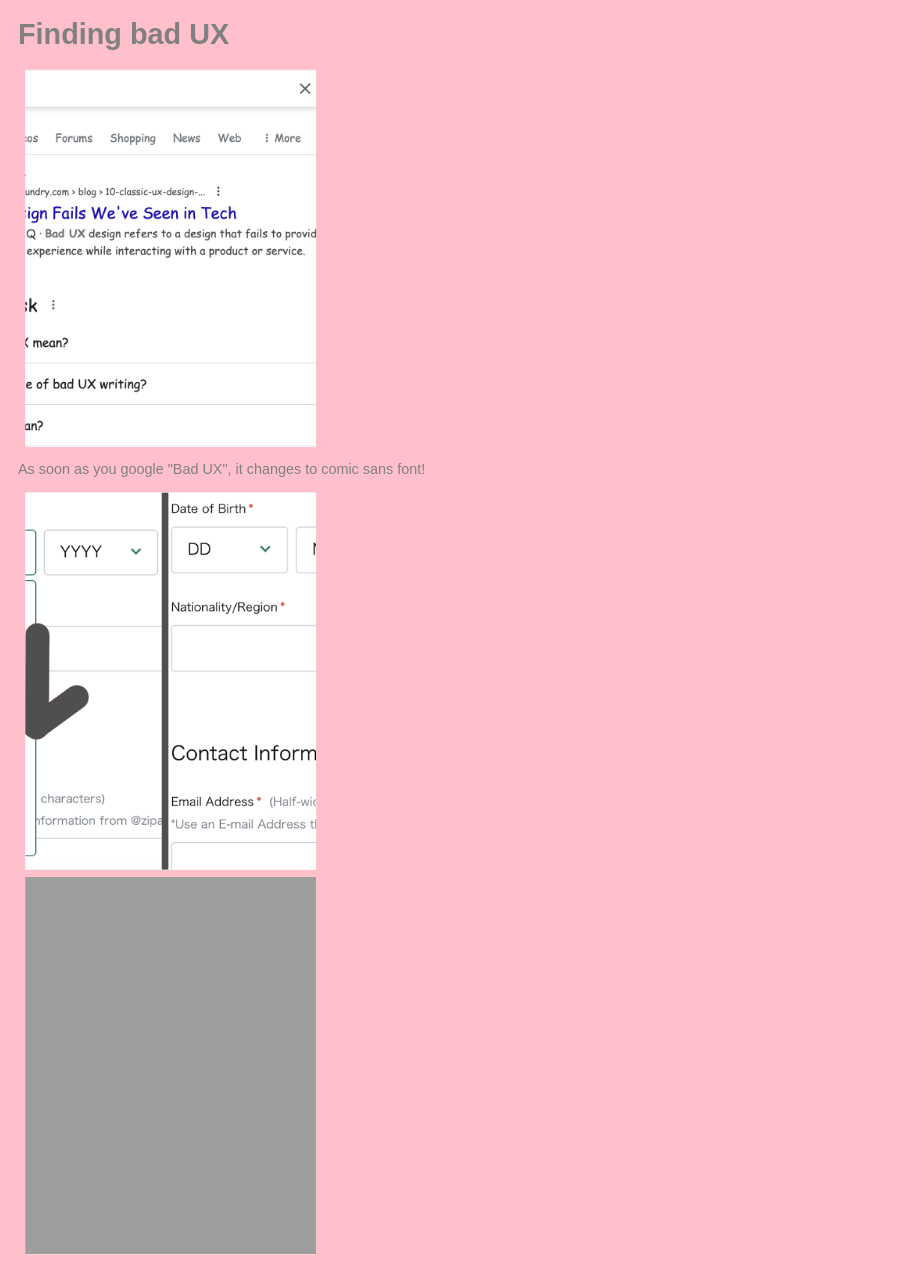
Repository: j1s00jang/MDIA-2109
Page: index.html
The author's editor kept a copy of each file at every save. The page is drawn from the files as they stood at one save, then again after the next save.
The browser window is 1280 px wide. The pictures show the whole page, at 72% of full size.
Pictures or frames that could not be fetched are drawn as grey boxes.

Above is the page before, as saved 2025-02-24 14:49:09.

### index.html
<html>
    <head>
        <!-- Metadata belongs in the head of your document -->
         <title>Jisoo's finding bad ux</title>
         <meta charset="UTF-8" />
         <link rel="stylesheet" href="css/styles.css">
    </head>
    <body>
        <main>
            <h1 class="title">Finding bad UX</h1>

            <div class="first">
                <img src="css/first.png" alt="google ux" class="first_photo">
            </div>
            <p class="first_desc">As soon as you google "Bad UX", it changes to comic sans font!</p>

            <div class="second">
                <img src="css/second.png" alt="confirm button in red" class="second_photo"><p>You filled up long survey took 30 minutes, and go back button was in blue, confirm button was red.</p>
            </div>

            <div class="third">
                <img src="css/third.jpeg" alt="iphone's recents calling list" class="third_photo"><p>After you hung up, you accidentally press one of the recent call</p>
            </div>
        </main>
    </body>
</html>

### css/styles.css
html {
    font-family: "Futura", sans-serif;
    font-size: 1.25em;
    background-color: pink;
    padding: 1.25em;
    color: palevioletred;
}

body {
    margin: 0;
}

.title {
    font-size: 2em;
    color: grey;
}


.first,
.second,
.third {
    position: relative;
    width: 30vw;
    height: 70vh;
    overflow: hidden;
}

.first {
    background-color: whitesmoke;
    padding: 10px;
    margin: 10px;
    font-size: 1.5em;
}

.first_photo {
    position: absolute;
    top: 0;
    left: 0;
    width: 100%;
    height: 100%;
    object-fit: cover; /* 부모 크기에 맞춰 채우기 */
    opacity: 1;
}

.first_desc {
    color: grey;
}

.second {
    background-color: lightcyan;
    padding: 10px;
    margin: 10px;
    color: teal;
    font-size: 1.5em;
}

.second_photo {
    position: absolute;
    top: 0;
    left: 0;
    width: 100%;
    height: 100%;
    object-fit: cover;
    opacity: 1;
}

.third {
    background-color: lightyellow;
    padding: 10px;
    margin: 10px;
    color: darkgoldenrod;
    font-size: 1.5em;
}

.third_photo {
    position: absolute;
    top: 0;
    left: 0;
    width: 100%;   /* 전체 너비 */
    height: 100%;  /* 전체 높이 */
    object-fit: cover;
    opacity: 1;
}

After the next save:
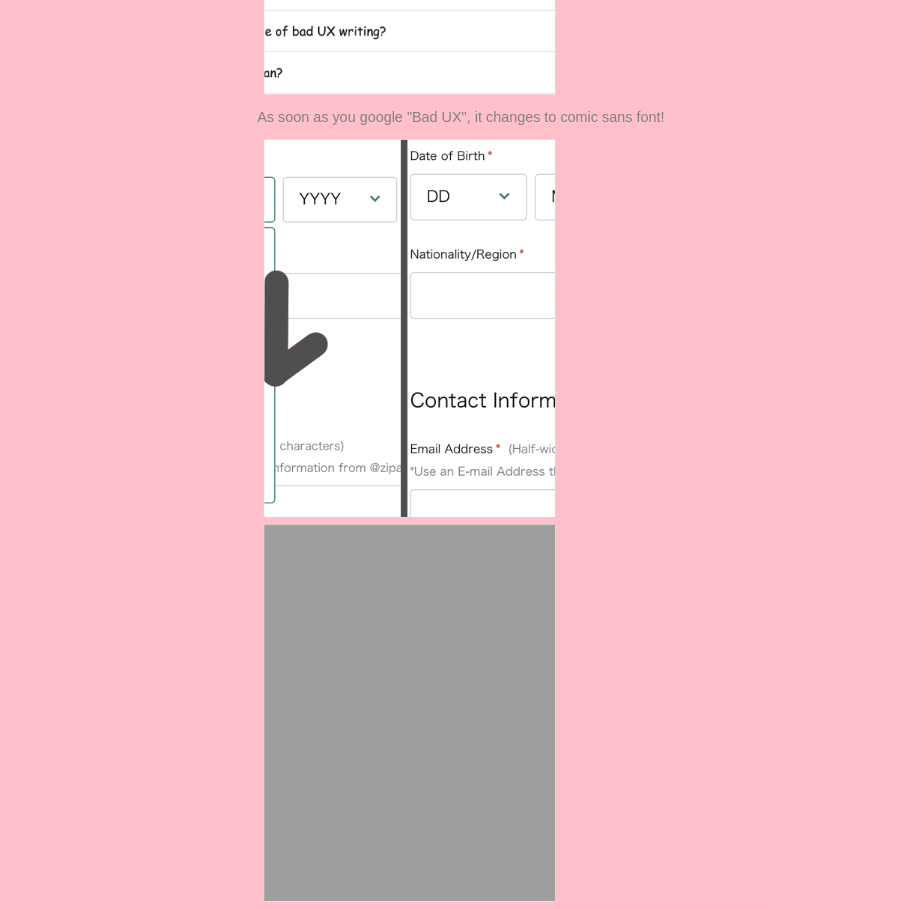
Saved 101 s later.
--- a/css/styles.css
+++ b/css/styles.css
@@ -8,6 +8,10 @@ html {
 
 body {
     margin: 0;
+    display: flex;
+    justify-content: center; /* 수평 가운데 정렬 */
+    align-items: center; /* 수직 가운데 정렬 */
+    height: 100vh; /* 전체 화면 높이 */
 }
 
 .title {
